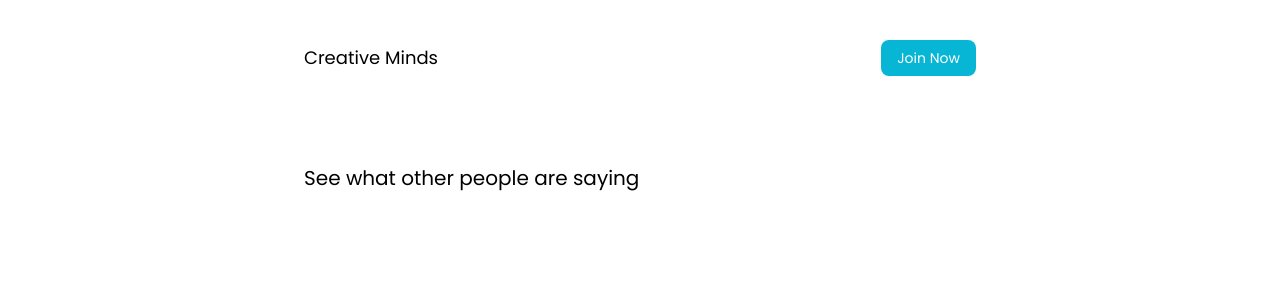
Repository: farisanadia/personal-project-2022
Page: /
The author's editor kept a copy of each file at every save. The page is drawn from the files as they stood at one save, then again after the next save.
The browser window is 1280 px wide. The pictures show the whole page.
The page's requests for data from a server got no answer. The project was rebuilt for these pictures with package versions that can differ from the ones it lists, and the page was loaded fresh each time. The framework's server and built-in components were replaced by stand-ins that run in the browser. No one was signed in, and anything a server would have sent is missing. Also part of the build but not shown: next.config.js, components/message.js.

Above is the page before, as saved 2023-01-02 02:21:44.

### pages/_app.js
import '../styles/globals.css'
import Layout from '../components/layout'
import {ToastContainer} from 'react-toastify';

function App({ Component, pageProps }) {
  return (
    <Layout>
      <ToastContainer limit={1}/>
      <Component {...pageProps} />
    </Layout>
  );
}

export default App;

### pages/index.js
import Head from 'next/head'
import { Inter } from '@next/font/google'
import Message from "../components/message";
import { useEffect, useState } from 'react';
import { auth, db } from '../utils/firebase';
import { collection, doc, onSnapshot, orderBy, query, updateDoc } from 'firebase/firestore';
import Link from 'next/link';
import { useRouter } from 'next/router';
import { AiOutlineLike } from "react-icons/ai";
import { BiComment } from 'react-icons/bi';

const inter = Inter({ subsets: ['latin'] })

export default function Home() {
  const router = useRouter();
  const routeData = router.query;
  //Create state with all posts
  const [allPosts, setAllPosts] = useState([]);

  const getPosts = async () => {
    const collectionRef = collection(db, 'posts');
    const q = query(collectionRef, orderBy('timestamp', 'desc'));
    const unsubscribe = onSnapshot(q, (snapshot) => {
      setAllPosts(snapshot.docs.map((doc) => ({...doc.data(), id:doc.id})))
    })
    return unsubscribe;
  };

  useEffect(() => {
    getPosts();
  }, []);

  return (
    <div className='items-center'>
      <Head>
        <title>Create Next App</title>
        <meta name="description" content="Generated by create next app" />
        <meta name="viewport" content="width=device-width, initial-scale=1" />
        <link rel="icon" href="/favicon.ico" />
      </Head>

      <div className='my-12 text-lg font-medium space-y-2'>
        <h2 className='text-xl pb-3'>See what other people are saying</h2>
        {allPosts.map((post) => (
        <Message key={post.id} {...post}>
          <div className="flex gap-4">
            <Link href={{pathname: `/${post.id}`, query:{...post}}}>
              <button className='flex items-center gap-1'>
                <AiOutlineLike className="text-2xl"/>
              {post.userLiked?.length} </button>
            </Link>
            <Link href={{pathname: `/${post.id}`, query:{...post}}}>
              <button className='flex items-center gap-1'><BiComment className="text-xl"/>{post.comments?.length > 0 ? post.comments?.length : 0 }</button>
            </Link>
          </div>
        </Message>))}
      </div>
    </div>
  )
}

### styles/globals.css
@tailwind base;
@tailwind components;
@tailwind utilities;

html,
body {
  padding: 0;
  margin: 0;

}

a {
  color: inherit;
  text-decoration: none;
}

* {
  box-sizing: border-box;
}

### components/layout.js
import Nav from './Nav';

export default function Layout({children}){
    return(
        <div className="mx-6 md:max-w-2xl md:mx-auto font-poppins">
            <Nav/>
            <main>{children}</main>
        </div>
    );
}

### utils/firebase.js
// Import the functions you need from the SDKs you need
import { initializeApp } from "firebase/app";
import { getAuth } from 'firebase/auth';
import { getFirestore } from 'firebase/firestore';
// TODO: Add SDKs for Firebase products that you want to use
// https://firebase.google.com/docs/web/setup#available-libraries

// Your web app's Firebase configuration
// For Firebase JS SDK v7.20.0 and later, measurementId is optional
const firebaseConfig = {
  apiKey: process.env.NEXT_PUBLIC_API_KEY,
  authDomain: process.env.NEXT_PUBLIC_AUTH_DOMAIN,
  projectId: process.env.NEXT_PUBLIC_PROJECT_ID,
  storageBucket: process.env.NEXT_PUBLIC_STORAGE_BUCKET,
  messagingSenderId: process.env.NEXT_PUBLIC_MESSAGING_SENDER_ID,
  appId: process.env.NEXT_PUBLIC_APP_ID,
  measurementId: process.env.NEXT_PUBLIC_MEASUREMENT_ID,
};

// Initialize Firebase
const app = initializeApp(firebaseConfig);
export const auth = getAuth();
export const db = getFirestore(app);

### components/Nav.js
import Link from "next/link";
import { auth } from "../utils/firebase";
import { useAuthState } from "react-firebase-hooks/auth";

export default function Nav() {
    const [user, loading] = useAuthState(auth);
    console.log(user);
    return (
        <nav className="flex justify-between items-center py-10">
            <Link href="/">
                <button className="text-lg font-medium">Creative Minds</button>
            </Link>
            <ul className="flex items-center gap-10">
                {!user && (
                    <Link href={"/auth/login"}>
                        <button className="py-2 px-4 text-sm bg-cyan-500 text-white rounded-lg font-medium ml-8">
                            Join Now
                        </button>
                    </Link>
                )}
                {user && (
                    <div className="flex items-center gap-6">
                        <Link href="/post">
                            <button className="font-medium bg-cyan-500 text-white py-2 px-4 rounded-md test-sm">Post</button>
                        </Link>
                        <Link href="/dashboard">
                            <img
                            className="w-12 rounded-full cursor-pointer"
                            src={user.photoURL}
                            />
                        </Link>
                    </div>
                )}
            </ul>
        </nav>
    );
}

### tailwind.config.js
/** @type {import('tailwindcss').Config} */
module.exports = {
  content: [
    "./pages/**/*.{js,ts,jsx,tsx}",
    "./components/**/*.{js,ts,jsx,tsx}",
  ],
  theme: {
    extend: {
      fontFamily: {
        poppins: "Poppins",
      },
    },
  },
  plugins: [],
}

Loaded but not shown: pages/_document.js (common file)

After the next save:
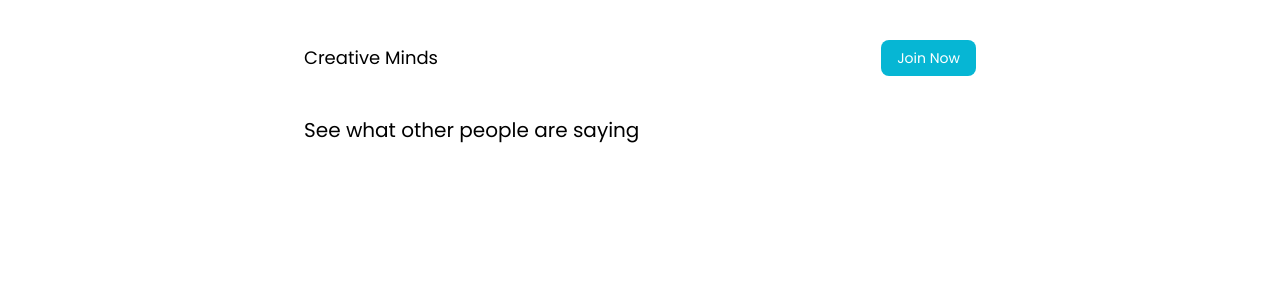
Saved 33 s later.
--- a/pages/index.js
+++ b/pages/index.js
@@ -39,7 +39,7 @@ export default function Home() {
         <link rel="icon" href="/favicon.ico" />
       </Head>
 
-      <div className='my-12 text-lg font-medium space-y-2'>
+      <div className='text-lg font-medium space-y-2'>
         <h2 className='text-xl pb-3'>See what other people are saying</h2>
         {allPosts.map((post) => (
         <Message key={post.id} {...post}>
